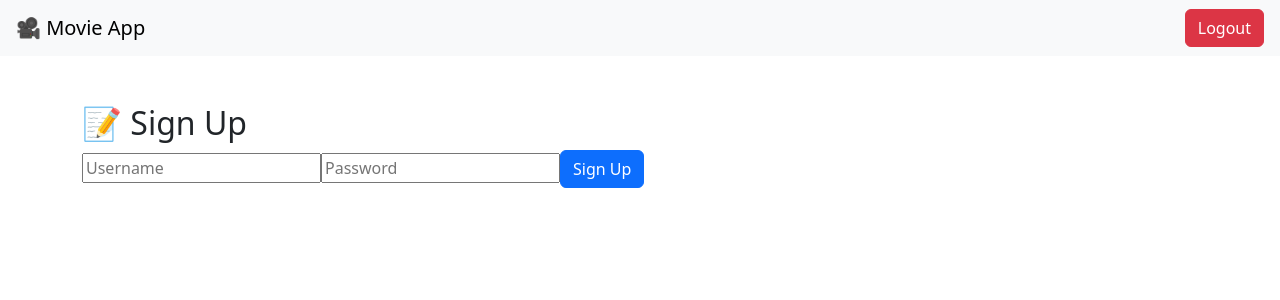
Repository: veronikavpb/movieapp
Page: /signup (app in front-end/)
An editor plug-in stored every save of this project. The page is shown before and after the next save, followed by the edit.
The browser window is 1280 px wide. The pictures show the whole page.
The project was rebuilt for these pictures with package versions that can differ from the ones it lists, and the page was loaded fresh each time. The framework's server and built-in components were replaced by stand-ins that run in the browser. Also part of the build but not shown: front-end/next.config.ts.

Above is the page before, as saved 2025-05-12 20:56:43.

After the next save:
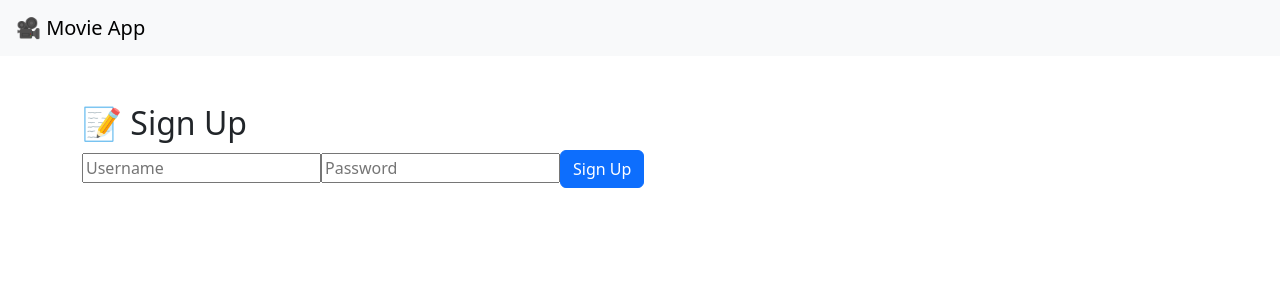
Saved 10 min 8 s later.
--- a/front-end/components/Header.tsx
+++ b/front-end/components/Header.tsx
@@ -43,9 +43,11 @@ const Header: React.FC = () => {
                         Logged in as: <strong>{username}</strong> ({role?.toLowerCase()})
                     </span>
                 )}
-                <button className="btn btn-danger" onClick={handleLogout}>
-                    Logout
-                </button>
+                {(role === 'user' || role === 'admin') && (
+                    <button className="btn btn-danger" onClick={handleLogout}>
+                        Logout
+                    </button>
+                )}
             </div>
         </nav>
     );
